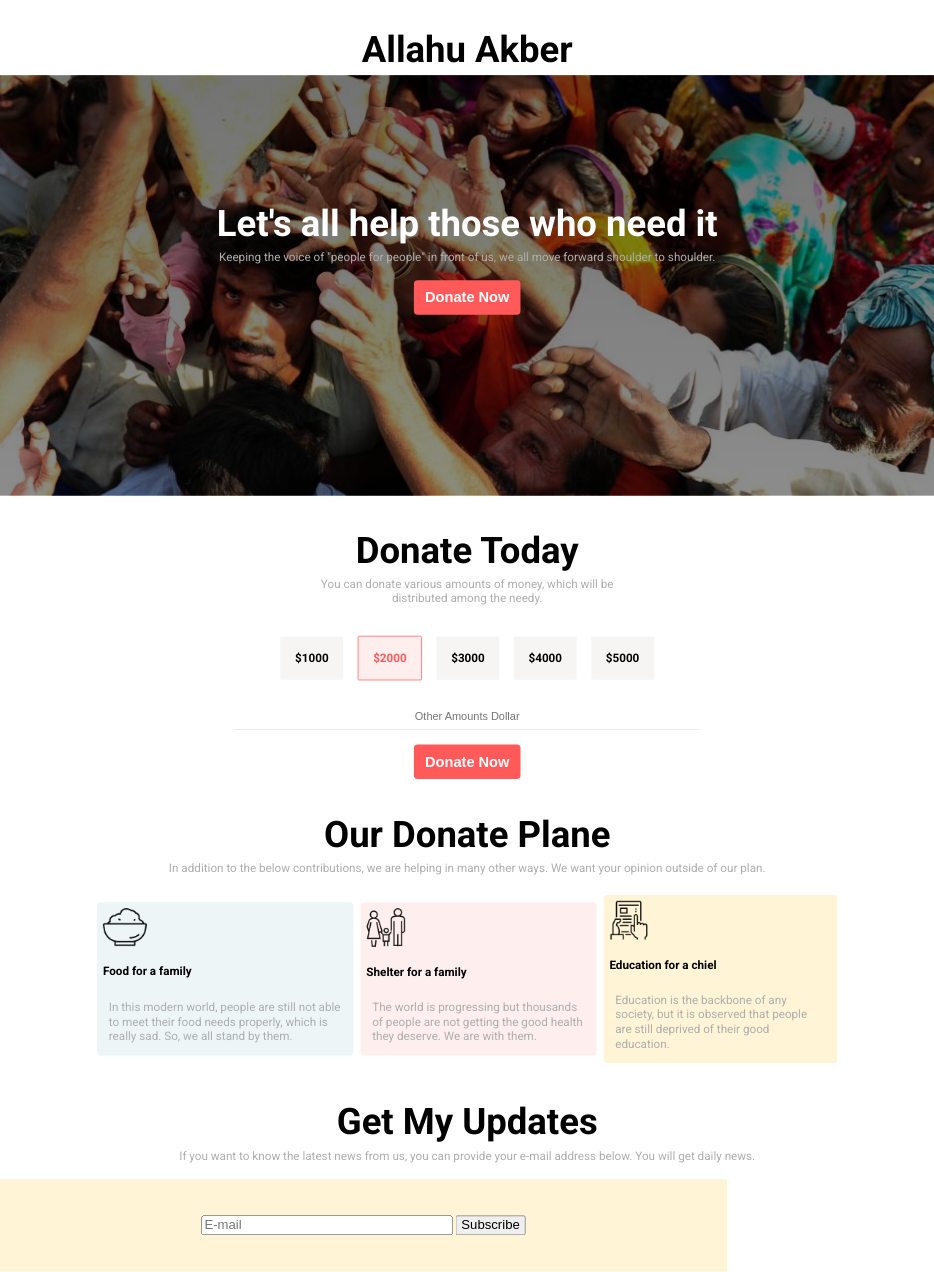
Repository: zjria/suppert-the-helpness
Page: index.html
The author's editor kept a copy of each file at every save. The page is drawn from the files as they stood at one save, then again after the next save.
The browser window is 1280 px wide. The pictures show the whole page, at 73% of full size.

Above is the page before, as saved 2022-08-27 07:17:29.

After the next save:
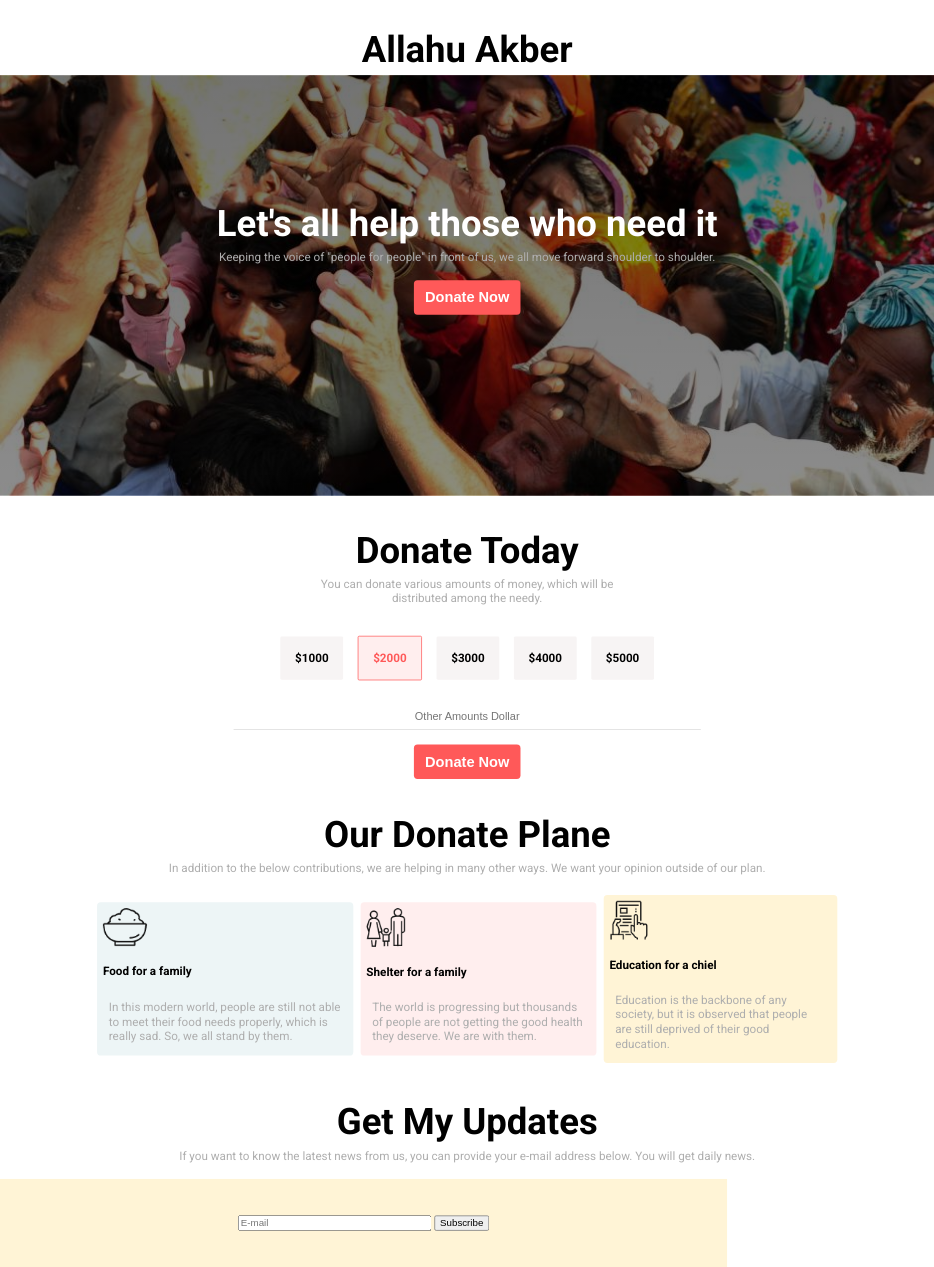
Saved 67 s later.
--- a/style.css
+++ b/style.css
@@ -154,7 +154,7 @@ p {
     position: absolute;
 }
 
-input {
+input [type="email"] {
     position: relative;
     display: inline-block;
     font-size: 18px;
